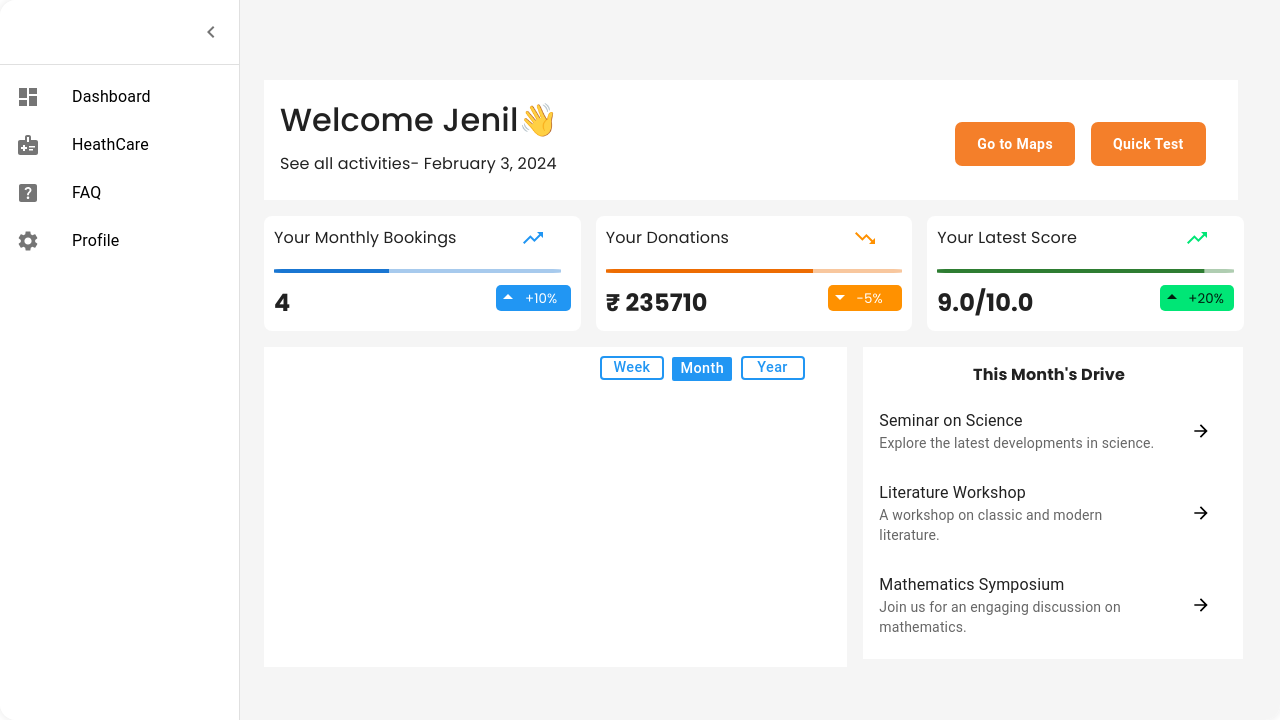
Repository: shubhampirate/Google_Solutions_Edural
Page: /dashboard
An editor plug-in stored every save of this project. The page is shown before and after the next save, followed by the edit.
The browser window is 1280 px wide. The pictures show the whole page.
The page's requests for data from a server got no answer. The project was rebuilt for these pictures with package versions that can differ from the ones it lists, and the page was loaded fresh each time. Some packages were replaced by stand-ins written for this rebuild. No one was signed in, and anything a server would have sent is missing. Also part of the build but not shown: src/Components/Navbar.jsx, src/Components/Footer.jsx, src/Components/CongratsCard.jsx, src/pages/Hero/Hero.jsx, src/pages/Sign_in.jsx.

Above is the page before, as saved 2024-02-03 18:17:52.

### src/index.js
import React from "react";
import ReactDOM from "react-dom/client";
import "./index.css";
import { GoogleOAuthProvider } from '@react-oauth/google';
import App from "./App";
import { BrowserRouter } from "react-router-dom";
const root = ReactDOM.createRoot(
    document.getElementById("root"));
root.render(
    <BrowserRouter>
<GoogleOAuthProvider clientId="730379698185-cv7a59sok9sod43v04ee6g6pt4gtaea2.apps.googleusercontent.com">
        {/* <React.StrictMode> */}
            <App />
        {/* </React.StrictMode> */}
    </GoogleOAuthProvider>
    </BrowserRouter>

);

### src/App.jsx
import Hero from "./pages/Hero/Hero";
import Dashboard from "./pages/Dashboard/Dashboard";
import SignIn from "./pages/Sign_in";
import {useState} from "react";
import { Route, Routes } from "react-router-dom";
function App() {
  return (
    <>
      {/* <Hero />   */}
      {/* <SignIn /> */}
      <Routes>
        <Route path="/signin" element={<><SignIn /></>} />
        <Route path="/dashboard" element={<><Dashboard /></>} />
        {/* <Route path="/education" element={<><Education /></>} /> */}
        {/* <Route path="/health" element={<><Health /></>} /> */}
        {/* <Route path="/profile" element={<><Profile /></>} /> */}
        {/* <Route path="/finance" element={<><Finance /></>} /> */}
        {/* <Route path="/questions" element={<><Questions /></>} /> */}
        {/* <Route path="/retireaibot" element={<><Bot /></>} /> */}
        <Route path="/" element={<><Hero /></>} />
      </Routes>
         </>
  );
}

export default App;

### src/pages/Dashboard/Dashboard.jsx
    import * as React from 'react';
    import { styled, createTheme, ThemeProvider } from '@mui/material/styles';
    import CssBaseline from '@mui/material/CssBaseline';
    import MuiDrawer from '@mui/material/Drawer';
    import Box from '@mui/material/Box';
    import MuiAppBar from '@mui/material/AppBar';
    import Toolbar from '@mui/material/Toolbar';
    import {
    LinearProgress, ListItem, CircularProgress, Checkbox, ListItemText, Dialog, DialogActions, DialogContent,
    DialogContentText, DialogTitle, ListItemIcon, ListItemButton
    } from '@mui/material';
    import TrendingUpIcon from '@mui/icons-material/TrendingUp';
    // import { PieChart } from '@mui/x-charts/PieChart';
    // import { useDrawingArea } from '@mui/x-charts/hooks';
    import TrendingDownIcon from '@mui/icons-material/TrendingDown';
    import List from '@mui/material/List';
    import Divider from '@mui/material/Divider';
    import IconButton from '@mui/material/IconButton';
    import ArrowDropUpIcon from '@mui/icons-material/ArrowDropUp';
    import ArrowDropDownIcon from '@mui/icons-material/ArrowDropDown';
    import Grid from '@mui/material/Grid';
    import MenuIcon from '@mui/icons-material/Menu';
    import ChevronLeftIcon from '@mui/icons-material/ChevronLeft';
    import { mainListItems } from '../../Components/listItems';
    import axios from 'axios';
    import Button from '@mui/material/Button';
    import CommentIcon from '@mui/icons-material/Comment';
    import Swal from 'sweetalert2';
    import { useState } from 'react';
    import { useEffect } from 'react';
    import CustomButton from "../../Components/CustomButton";
    import ArrowForwardIcon from '@mui/icons-material/ArrowForward';
    // import { Bar } from "react-chartjs-2";
    // import { BarElement, CategoryScale, Chart as ChartJS, Legend, LinearScale, Title, Tooltip } from "chart.js";
    // import GoogleTranslateComponent from '../../Components/GoogleTranslateComponent';
    // import csacc from "../../media/csacc.png"
    // import creditscoremodel from "../../media/creditscoremodel.png"
    // import creditflow from "../../media/creditflowchart.png"
    // ChartJS.register(CategoryScale, LinearScale, BarElement, Title, Tooltip, Legend);

    const drawerWidth = 240;

    const AppBar = styled(MuiAppBar, {
    shouldForwardProp: (prop) => prop !== 'open',
    })(({ theme, open }) => ({
    zIndex: theme.zIndex.drawer + 1,
    transition: theme.transitions.create(['width', 'margin'], {
        easing: theme.transitions.easing.sharp,
        duration: theme.transitions.duration.leavingScreen,
    }),
    ...(open && {
        marginLeft: drawerWidth,
        width: `calc(100% - ${drawerWidth}px)`,
        transition: theme.transitions.create(['width', 'margin'], {
        easing: theme.transitions.easing.sharp,
        duration: theme.transitions.duration.enteringScreen,
        }),
    }),
    }));

    const Drawer = styled(MuiDrawer, { shouldForwardProp: (prop) => prop !== 'open' })(
    ({ theme, open }) => ({
        '& .MuiDrawer-paper': {
        position: 'relative',
        whiteSpace: 'nowrap',
        width: drawerWidth,
        transition: theme.transitions.create('width', {
            easing: theme.transitions.easing.sharp,
            duration: theme.transitions.duration.enteringScreen,
        }),
        boxSizing: 'border-box',
        ...(!open && {
            overflowX: 'hidden',
            transition: theme.transitions.create('width', {
            easing: theme.transitions.easing.sharp,
            duration: theme.transitions.duration.leavingScreen,
            }),
            width: theme.spacing(7),
            [theme.breakpoints.up('sm')]: {
            width: theme.spacing(9),
            },
        }),
        },
    }),
    );
    const educationEvents = [
        { id: 1, name: 'Seminar on Science', description: 'Explore the latest developments in science.' },
        { id: 2, name: 'Literature Workshop', description: 'A workshop on classic and modern literature.' },
        { id: 3, name: 'Mathematics Symposium', description: 'Join us for an engaging discussion on mathematics.' },
      ];
    var currentDate = new Date();

    var months = [
    "January", "February", "March", "April", "May", "June",
    "July", "August", "September", "October", "November", "December"
    ];

    var formattedDate = months[currentDate.getMonth()] + " " + currentDate.getDate() + ", " + currentDate.getFullYear();

    const defaultTheme = createTheme();

    export default function Dashboard() {
    const [open, setOpen] = React.useState(true);
    const toggleDrawer = () => {
        setOpen(!open);
    };

    const [expensedata, setExpensedata] = useState([])

    useEffect(() => {
        loadList();
    }, []);


    const loadList = async () => {
        const result = await axios.get(`https://wixstocle.pythonanywhere.com/api/expense/`, {
        headers: { "Authorization": `Token 11c868750d92deda81638c5a9a59177bdc7ae41a` },
        });
        console.log(result.data.data);
        setExpensedata(result.data.data);
    }

    const getLabels = () => expensedata.slice(-5).map(data => data.date);

    const getData = (key) => expensedata.slice(-5).map(data => data[key]);

    const optionsexpense = {
        indexAxis: 'x',
        elements: {
        bar: {
            borderWidth: 0,
        },
        },
        responsive: true,
        interaction: {
        mode: 'index',
        intersect: false,
        },
        scales: {
        x: {
            stacked: false,
        },
        y: {
            stacked: false,
        },
        },
        plugins: {
        legend: {
            position: 'top',
        }
        },
    };

    const dataexpense = {
        labels: getLabels(),
        datasets: [
        {
            label: 'Revenue',
            data: getData('income'),
            backgroundColor: '#2196f3',
        },
        {
            label: 'Spendings',
            data: getData('expense'),
            backgroundColor: '#ff9100',
        },
        {
            label: 'Savings',
            data: getData('savings'),
            backgroundColor: '#00e676',
        },
        ],
    };

    const today = new Date();
    const year = today.getFullYear();
    const month = String(today.getMonth() + 1).padStart(2, '0'); // Months are zero-based
    const day = String(today.getDate()).padStart(2, '0');

    const todayDate = `${year}-${month}-${day}`;

    const [userData, setUserData] = React.useState({
        income: '',
        savings: '',
        expense: '',
        date: todayDate,
        user: "tony@gmail.com"
    });

    const handleChangePlan = (field, value) => {
        setUserData((prevData) => ({ ...prevData, [field]: value }));
    };
    const creditscore = 87.4;

    const handlePostData = () => {
        console.log(userData);
        fetch(`https://wixstocle.pythonanywhere.com/api/expense/`, {
        method: 'POST',
        headers: {
            "Authorization": `Token 11c868750d92deda81638c5a9a59177bdc7ae41a`,
            'Content-Type': 'application/json',
        },
        body: JSON.stringify(userData),
        })
        .then((response) => response.json())
        .then((data) => {
            // console.log(data);
            if (data.status == true) {
            Swal.fire({
                icon: 'success',
                title: 'Successfully Saved the details',
                showConfirmButton: false,
                timer: 3000
            })
            setExpensedata([...expensedata, userData]);
            }
            else {
            Swal.fire({
                icon: 'error',
                title: data.message,
                showConfirmButton: false,
                timer: 3000
            })
            }
        });
    };

    const [checked, setChecked] = React.useState([1]);

    const handleToggle = (value) => () => {
        const currentIndex = checked.indexOf(value);
        const newChecked = [...checked];

        if (currentIndex === -1) {
        newChecked.push(value);
        } else {
        newChecked.splice(currentIndex, 1);
        }

        setChecked(newChecked);
    };
    return (
        <ThemeProvider theme={defaultTheme}>
        <Box sx={{ display: 'flex', borderRadius: '16px', overflow: 'hidden', boxShadow: '0px 0px 10px rgba(0, 0, 0, 0.1)' }} >
            <CssBaseline />
            <AppBar position="absolute" open={open} sx={{ backgroundColor: "whitesmoke", boxShadow: 'none' }}>
            <Toolbar
                sx={{
                pr: '24px', // keep right padding when drawer closed
                display: 'flex',
                alignItems: 'center',
                justifyContent: 'space-between',
                }}>
                <Box sx={{ display: 'flex', alignItems: 'center' }}>
                <IconButton
                    edge="start"
                    aria-label="open drawer"
                    onClick={toggleDrawer}
                    sx={{
                    marginRight: '36px',
                    ...(open && { display: 'none' }),
                    backgroundColor: "#fff"
                    }}>
                    <MenuIcon />
                </IconButton>
                </Box>
            </Toolbar>
            </AppBar>
            <Drawer variant="permanent" open={open}>
            <Toolbar
                sx={{
                display: 'flex',
                alignItems: 'center',
                justifyContent: 'flex-end',
                px: [1],
                }}
            >
                {/* <GoogleTranslateComponent /> */}
                <IconButton onClick={toggleDrawer}>
                <ChevronLeftIcon />
                </IconButton>
            </Toolbar>
            <Divider />
            <List component="nav">
                {mainListItems}
            </List>
            </Drawer>
            <Box
            component="main"
            sx={{
                backgroundColor: (theme) =>
                theme.palette.mode === 'light'
                    ? theme.palette.grey[100]
                    : theme.palette.grey[900],
                flexGrow: 1,
                height: '100vh',
                overflow: 'auto',
            }}>
            <Toolbar />

            <div>
        <Grid container spacing={2} marginTop="1rem" paddingLeft={5}>
            <Grid item xs={12} sm={6}  style={{ backgroundColor: "white",paddingBottom: "1.5rem" }} >
            <div style={{ fontSize: '2rem', fontWeight: '500', paddingBottom: "0.5rem" }}>Welcome Jenil👋</div>
            <div>See all activities- {formattedDate}</div>
            </Grid>
            <Grid item xs={12} sm={5.5}  display="flex" justifyContent="flex-end" alignItems="center" style={{ backgroundColor: "white",paddingRight: "2rem", paddingBottom: "0.5rem"}}>
            <Box
        sx={{
          display: "flex",
          alignItems: "center",
          justifyContent: "center",
          gap: "1rem",
        }}
      >
        <CustomButton
          backgroundColor="#F47F2A"
          color="#fff"
          buttonText="Go to Maps"

        />
        <CustomButton
          backgroundColor="#F47F2A"
          color="#fff"
          buttonText="Quick Test"

        />
      </Box>
            </Grid>
        </Grid>
        </div>

            <Grid container spacing={2} marginTop="1rem" paddingLeft={5} paddingRight={2}>
                <Grid item xs={12} md={3.8} style={{ backgroundColor: "white", padding: "10px", marginRight: "15px", borderRadius: "0.5rem" }}>
                <Grid item xs={12}>
                    <Grid container>
                    <Grid item xs={10}><div>Your Monthly Bookings</div></Grid>
                    <Grid item xs={2}><TrendingUpIcon sx={{ color: "#2196f3" }} /></Grid>
                    </Grid>
                    <Grid item xs={12}>
                    <LinearProgress variant="determinate" value={40} sx={{ color: "#2196f3", borderRadius: "10%", margin: "12px 10px 12px 0px" }} />
                    </Grid>
                    <Grid item xs={12}>
                    <Grid container>
                        <Grid item xs={9}>
                        <div style={{ fontSize: "1.5rem", fontWeight: "550" }}> 4</div>
                        </Grid>
                        <Grid item xs={3} style={{ backgroundColor: "#2196f3", color: "white", borderRadius: "5px", height: "1.65rem" }}>
                        <ArrowDropUpIcon /> <sup>+10%</sup>
                        </Grid>
                    </Grid>
                    </Grid>
                </Grid>
                </Grid>
                <Grid item xs={12} md={3.8} style={{ backgroundColor: "white", padding: "10px", marginRight: "15px", borderRadius: "0.5rem" }}>
                <Grid item xs={12}>
                    <Grid container>
                    <Grid item xs={10}><div>Your Donations</div></Grid>
                    <Grid item xs={2}><TrendingDownIcon sx={{ color: "#ff9100" }} /></Grid>
                    </Grid>
                    <Grid item xs={12}>
                    <LinearProgress variant="determinate" value={70} color='warning' sx={{ borderRadius: "10%", margin: "12px 0px" }} />
                    </Grid>
                    <Grid item xs={12}>
                    <Grid container>
                        <Grid item xs={9}>
                    <div style={{ fontSize: "1.5rem", fontWeight: "550" }}>₹ 235710</div>
                        </Grid>
                        <Grid item xs={3} style={{ backgroundColor: "#ff9100", color: "white", borderRadius: "5px", height: "1.65rem" }}>
                        <ArrowDropDownIcon /> <sup>-5%</sup>
                        </Grid>
                    </Grid>
                    </Grid>
                </Grid>
                </Grid>
                <Grid item xs={12} md={3.8} style={{ backgroundColor: "white", padding: "10px", marginRight: "15px", borderRadius: "0.5rem" }}>
                <Grid item xs={12}>
                    <Grid container>
                    <Grid item xs={10}><div>Your Latest Score</div></Grid>
                    <Grid item xs={2}><TrendingUpIcon sx={{ color: "#00e676" }} /></Grid>
                    </Grid>
                    <Grid item xs={12}>
                    <LinearProgress variant="determinate" value={90} color="success" style={{ borderRadius: "10%", margin: "12px 0px" }} />
                    </Grid>
                    <Grid item xs={12}>
                    <Grid container>
                        <Grid item xs={9}>
    <div style={{ fontSize: "1.5rem", fontWeight: "550" }}> 9.0/10.0</div>
                        </Grid>
                        <Grid item xs={3} style={{ backgroundColor: "#00e676", borderRadius: "5px", height: "1.65rem" }}>
                        <ArrowDropUpIcon /> <sup>+20%</sup>
                        </Grid>
                    </Grid>
                    </Grid>
                </Grid>
                </Grid>

            </Grid>
            <Grid container spacing={2} marginTop="1rem" paddingLeft={5} paddingRight={2} marginBottom={2}>
                <Grid item xs={7} sx={{ backgroundColor: "white", padding: "5px", marginRight: "1rem" }}>
                <Grid container spacing={2} padding={1}>
                    <Grid xs={7}></Grid>
                    <Grid xs={1.5}><Button style={{
                    borderColor: "#2196f3", color: "#2196f3", height: "1.5rem", textTransform: "capitalize",
                    fontSize: "0.9rem", border: "2px solid", textAlign: "left"
                    }}>Week</Button></Grid>
                    <Grid xs={1.5}><Button style={{
                    backgroundColor: "#2196f3", color: "white", height: "1.75rem", textTransform: "capitalize",
                    fontSize: "0.9rem", border: "2px solid", textAlign: "left"
                    }}>Month</Button></Grid>
                    <Grid xs={1}><Button style={{
                    borderColor: "#2196f3", color: "#2196f3", height: "1.5rem", textTransform: "capitalize",
                    fontSize: "0.9rem", border: "2px solid", textAlign: "left"
                    }}>Year</Button></Grid>
                    <Grid xs={12} marginTop={2}>
                    {/* <Bar options={optionsexpense} data={dataexpense} /> */}
                    </Grid>
                </Grid>
                </Grid>
                <Grid item xs={4.75} >
                <Grid container spacing={2} >

                    <Grid item xs={11.5}>
                    <Grid container spacing={2} sx={{ backgroundColor: "white", marginBottom: "0.5rem" }}>
                        <Grid item xs={12} style={{ textAlign: "center", marginLeft: "-0.75rem", fontWeight: "600" }}>This Month's Drive</Grid>
                        <List sx={{ width: '100%', bgcolor: 'background.paper' }}>
      {educationEvents.map((event) => (
        <ListItem key={event.id} disablePadding>
          <ListItemButton role={undefined}>
            <ListItemText primary={event.name} secondary={event.description} />
            <Button endIcon={<ArrowForwardIcon sx={{ color: 'black' }}/>} color="primary">
              {/* View More */}
            </Button>
          </ListItemButton>
        </ListItem>
      ))}
    </List>
                    </Grid>
                    </Grid>
                </Grid>
                </Grid>
            </Grid>

            </Box>
        </Box >
        </ThemeProvider >
    );
    }

### src/Components/CustomButton.jsx
import { Button, styled } from "@mui/material";
import React from "react";

const CustomButton = ({
  backgroundColor,
  color,
  buttonText,
  heroBtn,
  guideBtn,
  getStartedBtn,
}) => {
  const CustomButton = styled(Button)(({ theme }) => ({
    backgroundColor: backgroundColor,
    color: color,
    fontWeight: "700",
    fontSize: "14px",
    cursor: "pointer",
    padding: "0.5rem 1.25rem",
    borderRadius: "7px",
    textTransform: "none",
    display: "block",
    border: "2px solid transparent",
    "&:hover": {
      backgroundColor: color,
      color: backgroundColor,
      borderColor: backgroundColor,
    },
    [theme.breakpoints.down("md")]: {
      margin: (heroBtn || getStartedBtn) && theme.spacing(0, "auto", 3, "auto"),
      width: (heroBtn || getStartedBtn) && "90%",
    },
    [theme.breakpoints.down("sm")]: {
      marginTop: guideBtn && theme.spacing(3),
      width: guideBtn && "90%",
    },
  }));

  return <CustomButton>{buttonText}</CustomButton>;
};

export default CustomButton;

### src/Components/listItems.jsx
import * as React from 'react';
import ListItemButton from '@mui/material/ListItemButton';
import ListItemIcon from '@mui/material/ListItemIcon';
import ListItemText from '@mui/material/ListItemText';
import DashboardIcon from '@mui/icons-material/Dashboard';
import MedicalInformationIcon from '@mui/icons-material/MedicalInformation';
import SavingsIcon from '@mui/icons-material/Savings';
import SchoolIcon from '@mui/icons-material/School';
import HelpCenterIcon from '@mui/icons-material/HelpCenter';
import SettingsIcon from '@mui/icons-material/Settings';
import SmartToyIcon from '@mui/icons-material/SmartToy';
import { Link } from 'react-router-dom';
// import GoogleTranslateComponent from './GoogleTranslateComponent';


export const mainListItems = (
  <>
    <React.Fragment>
      <Link to="/dashboard" style={{ textDecoration: "none", color: "black" }}>
        <ListItemButton>
          <ListItemIcon>
            <DashboardIcon />
          </ListItemIcon>
          <ListItemText primary="Dashboard" />
        </ListItemButton>
      </Link>
      <Link to="/health" style={{ textDecoration: "none", color: "black" }}>
        <ListItemButton>
          <ListItemIcon>
            <MedicalInformationIcon />
          </ListItemIcon>
          <ListItemText primary="HeathCare" />
        </ListItemButton>
      </Link>
      {/* <Link to="/finance" style={{ textDecoration: "none", color: "black" }}>
        <ListItemButton>
          <ListItemIcon>
            <SavingsIcon />
          </ListItemIcon>
          <ListItemText primary="Finance Planning" />
        </ListItemButton>
      </Link> */}
      {/* <Link to="/education" style={{ textDecoration: "none", color: "black" }}>
        <ListItemButton>
          <ListItemIcon>
            <SchoolIcon />
          </ListItemIcon>
          <ListItemText primary="Educational Service" />
        </ListItemButton>
      </Link> */}
      <Link to="/questions" style={{ textDecoration: "none", color: "black" }}>
        <ListItemButton>
          <ListItemIcon>
            <HelpCenterIcon />
          </ListItemIcon>
          <ListItemText primary="FAQ" />
        </ListItemButton>
      </Link>
      <Link to="/profile" style={{ textDecoration: "none", color: "black" }}>
        <ListItemButton>
          <ListItemIcon>
            <SettingsIcon />
          </ListItemIcon>
          <ListItemText primary="Profile" />
        </ListItemButton>
      </Link>
      {/* <Link to="/retireaibot" style={{ textDecoration: "none", color: "black" }}>
        <ListItemButton>
          <ListItemIcon>
            <SmartToyIcon />
          </ListItemIcon>
          <ListItemText primary="Retire AI Bot" />
        </ListItemButton>
      </Link> */}
    </React.Fragment >
  </>
);

// export const secondaryListItems = (
//   <React.Fragment>
//     <ListSubheader component="div" inset>
//       Saved reports
//     </ListSubheader>
//     <ListItemButton>
//       <ListItemIcon>
//         <AssignmentIcon />
//       </ListItemIcon>
//       <ListItemText primary="Current month" />
//     </ListItemButton>
//     <ListItemButton>
//       <ListItemIcon>
//         <AssignmentIcon />
//       </ListItemIcon>
//       <ListItemText primary="Last quarter" />
//     </ListItemButton>
//     <ListItemButton>
//       <ListItemIcon>
//         <AssignmentIcon />
//       </ListItemIcon>
//       <ListItemText primary="Year-end sale" />
//     </ListItemButton>
//   </React.Fragment>
// );

Loaded but not shown: public/index.html (common file); src/index.css (common file)

After the next save:
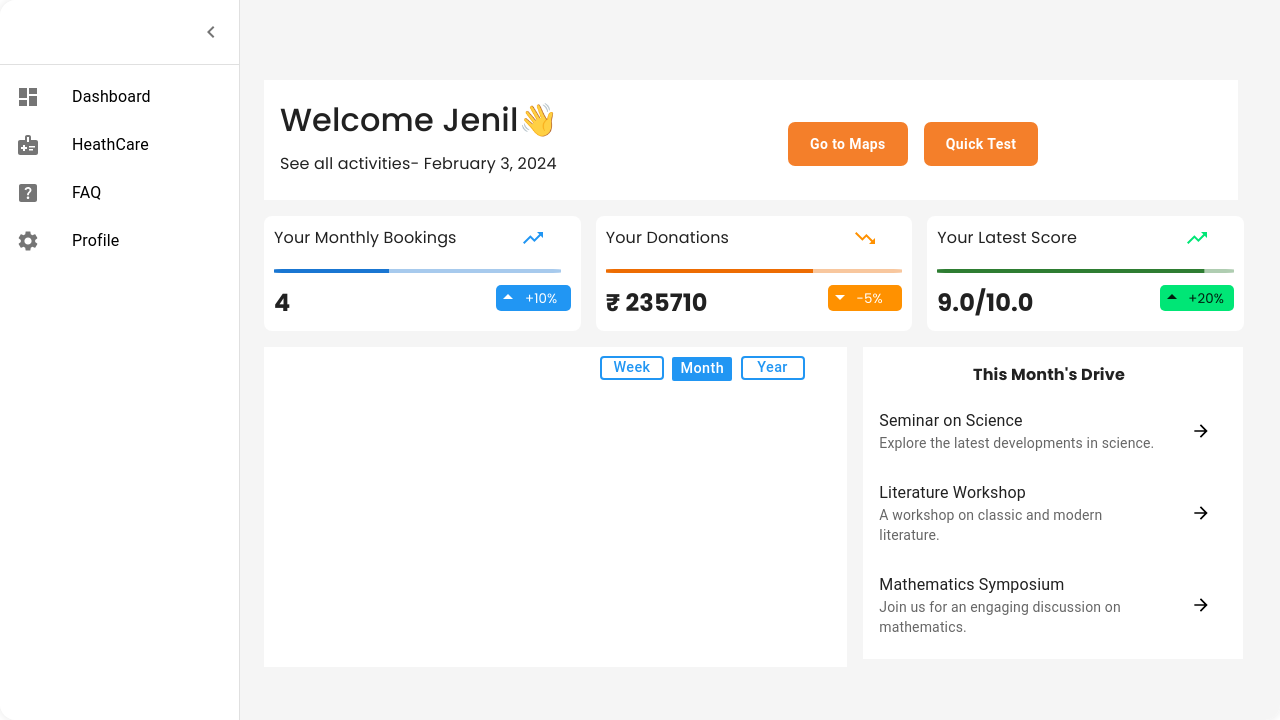
Saved 10 s later.
--- a/src/pages/Dashboard/Dashboard.jsx
+++ b/src/pages/Dashboard/Dashboard.jsx
@@ -304,7 +304,7 @@
             <div style={{ fontSize: '2rem', fontWeight: '500', paddingBottom: "0.5rem" }}>Welcome Jenil👋</div>
             <div>See all activities- {formattedDate}</div>
             </Grid>
-            <Grid item xs={12} sm={5.5}  display="flex" justifyContent="flex-end" alignItems="center" style={{ backgroundColor: "white",paddingRight: "2rem", paddingBottom: "0.5rem"}}>
+            <Grid item xs={12} sm={5.5}  display="flex" justifyContent="flex-center" alignItems="center" style={{ backgroundColor: "white",paddingRight: "2rem", paddingBottom: "0.5rem"}}>
             <Box
         sx={{
           display: "flex",
